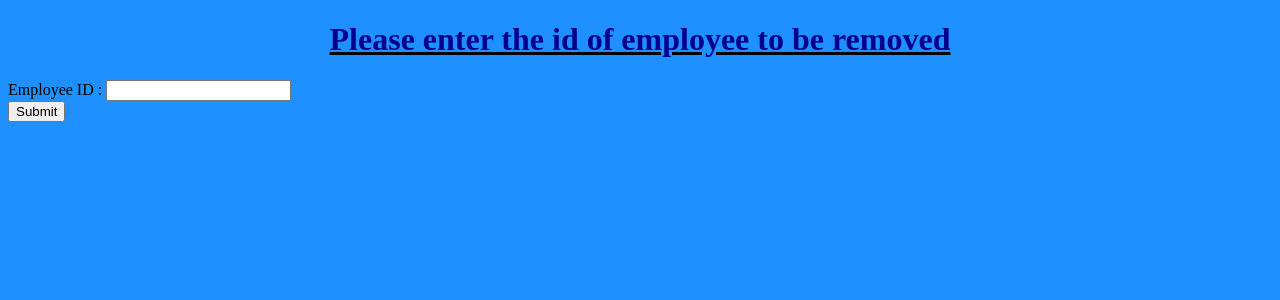
Repository: kimchiLover/BackupProjectsOnPC
Page: eclipse-oauth/ManageEmpApp/WebContent/removeEmployee.html
An editor plug-in stored every save of this project. The page is shown before and after the next save, followed by the edit.
The browser window is 1280 px wide. The pictures show the whole page.

Above is the page before, as saved 2019-07-18 10:31:21.

After the next save:
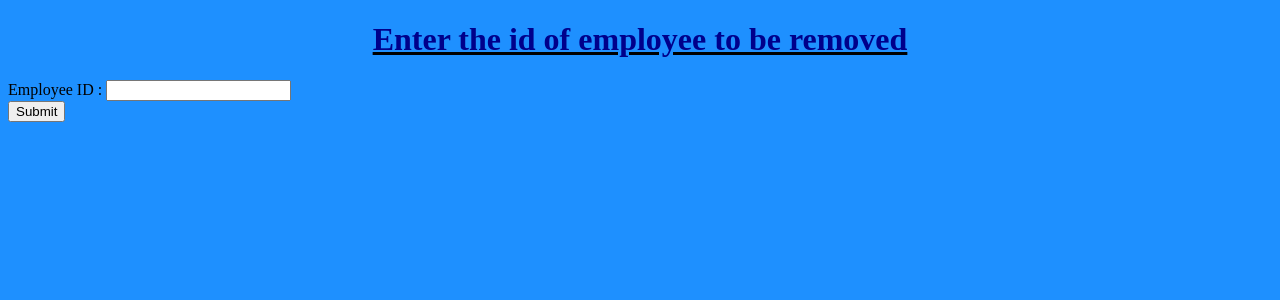
Saved 40 s later.
--- a/eclipse-oauth/ManageEmpApp/WebContent/removeEmployee.html
+++ b/eclipse-oauth/ManageEmpApp/WebContent/removeEmployee.html
@@ -7,7 +7,7 @@
 <body style="background-color:DodgerBlue;">
 
 <center>
-<u><h1 style="color:DarkBlue;">Please enter the id of employee to be removed</h1></u>
+<u><h1 style="color:DarkBlue;">Enter the id of employee to be removed</h1></u>
 </center>
 
 <form action="add">
